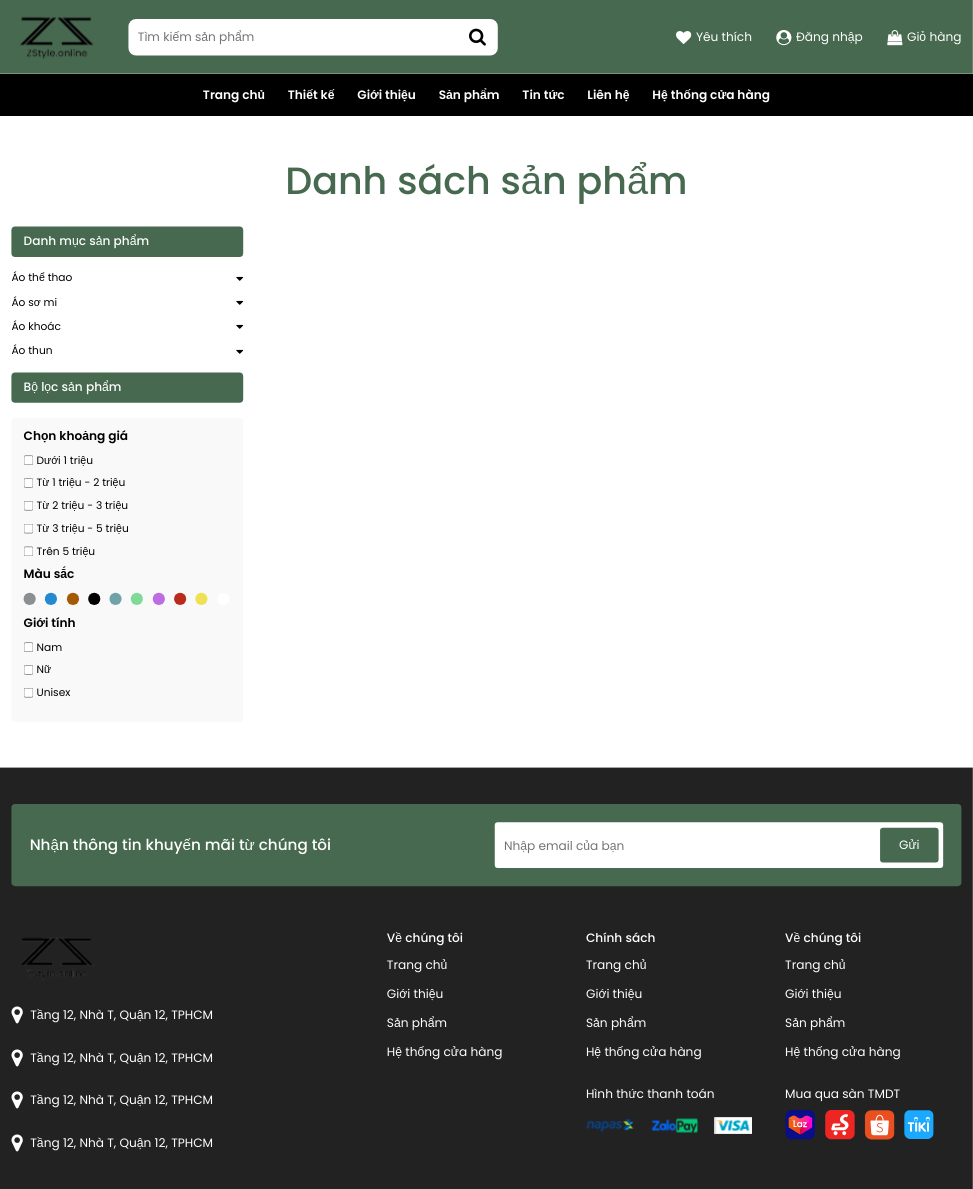
Repository: Toan3333/duanmau
Page: assets/pages/sanpham.html
These files come from the project's save history. The page is drawn as it stood at one moment and after the next save; the edit follows.
The browser window is 1280 px wide. The pictures show the whole page, at 76% of full size.
Some web libraries are served in a nearby version.

Above is the page before, as saved 2023-11-03 10:51:50.

After the next save:
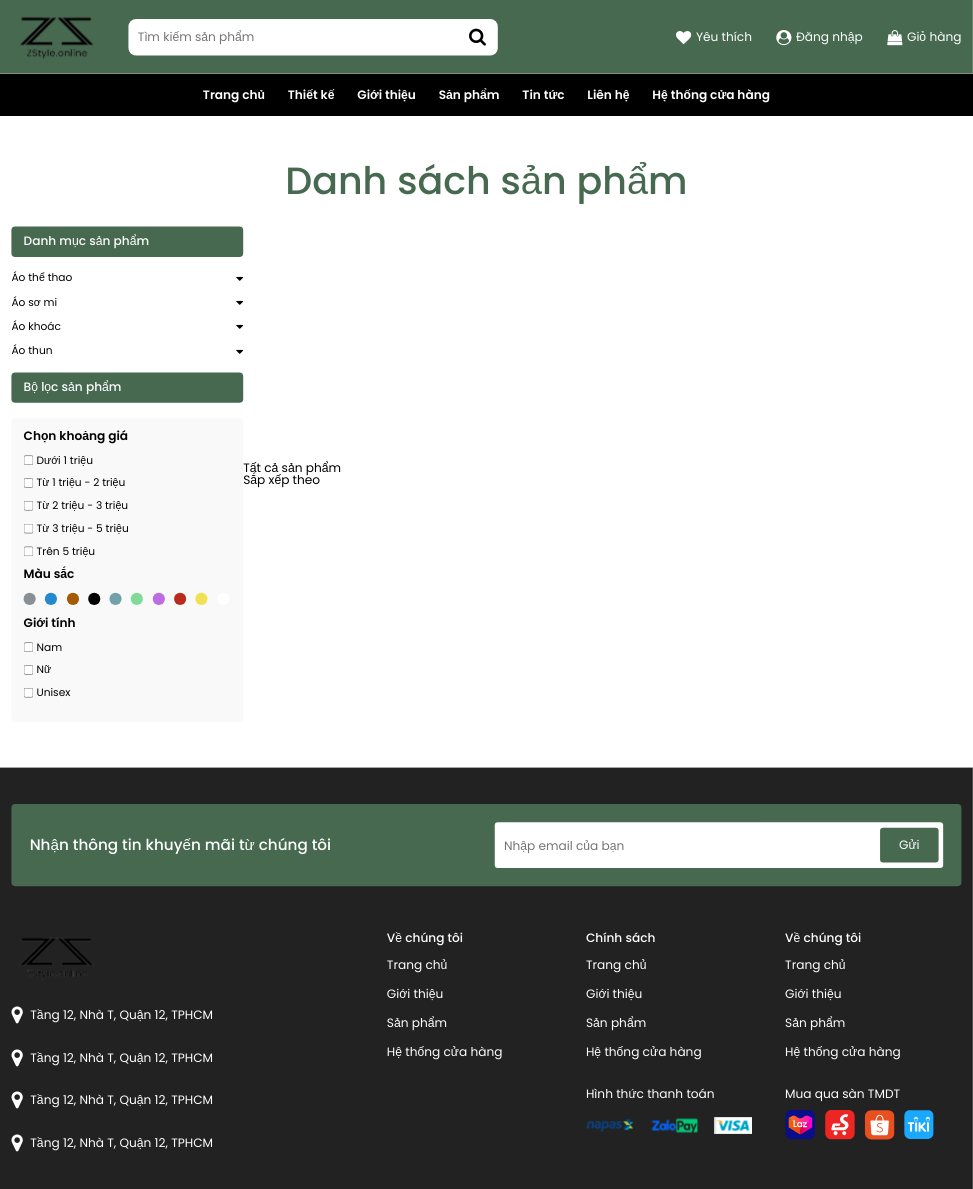
Saved 101 s later.
--- a/assets/pages/sanpham.html
+++ b/assets/pages/sanpham.html
@@ -175,7 +175,12 @@
                 </div>
               </div>
             </div>
-            <div class="list-product__right"></div>
+            <div class="list-product__right">
+              <div class="list-product-main">
+                <div class="list-text">Tất cả sản phẩm</div>
+                <div class="list-val">Sắp xếp theo</div>
+              </div>
+            </div>
           </div>
         </div>
       </section>
